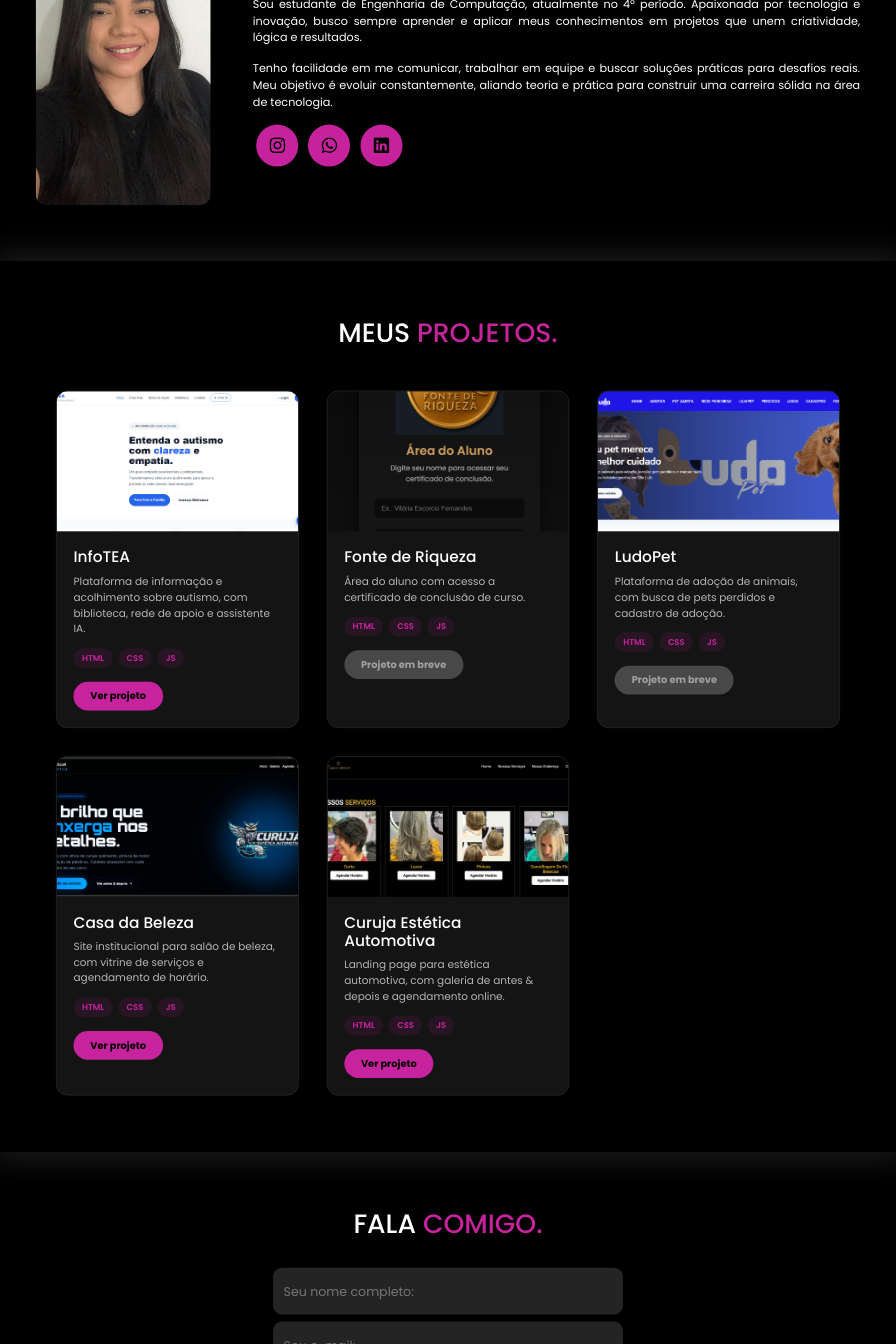
Repository: Vitoria1705/meu-portifolio
Page: index.html
An editor plug-in stored every save of this project. The page is shown before and after the next save, followed by the edit.
The browser window is 1280 px wide. The pictures show the part of the page from y = 1500 to 3420 px (the page is 4131 px tall), at 70% of full size.
Some web fonts or font styles are not loaded; a fallback is used.

Above is the page before, as saved 2026-06-22 19:54:49.

After the next save:
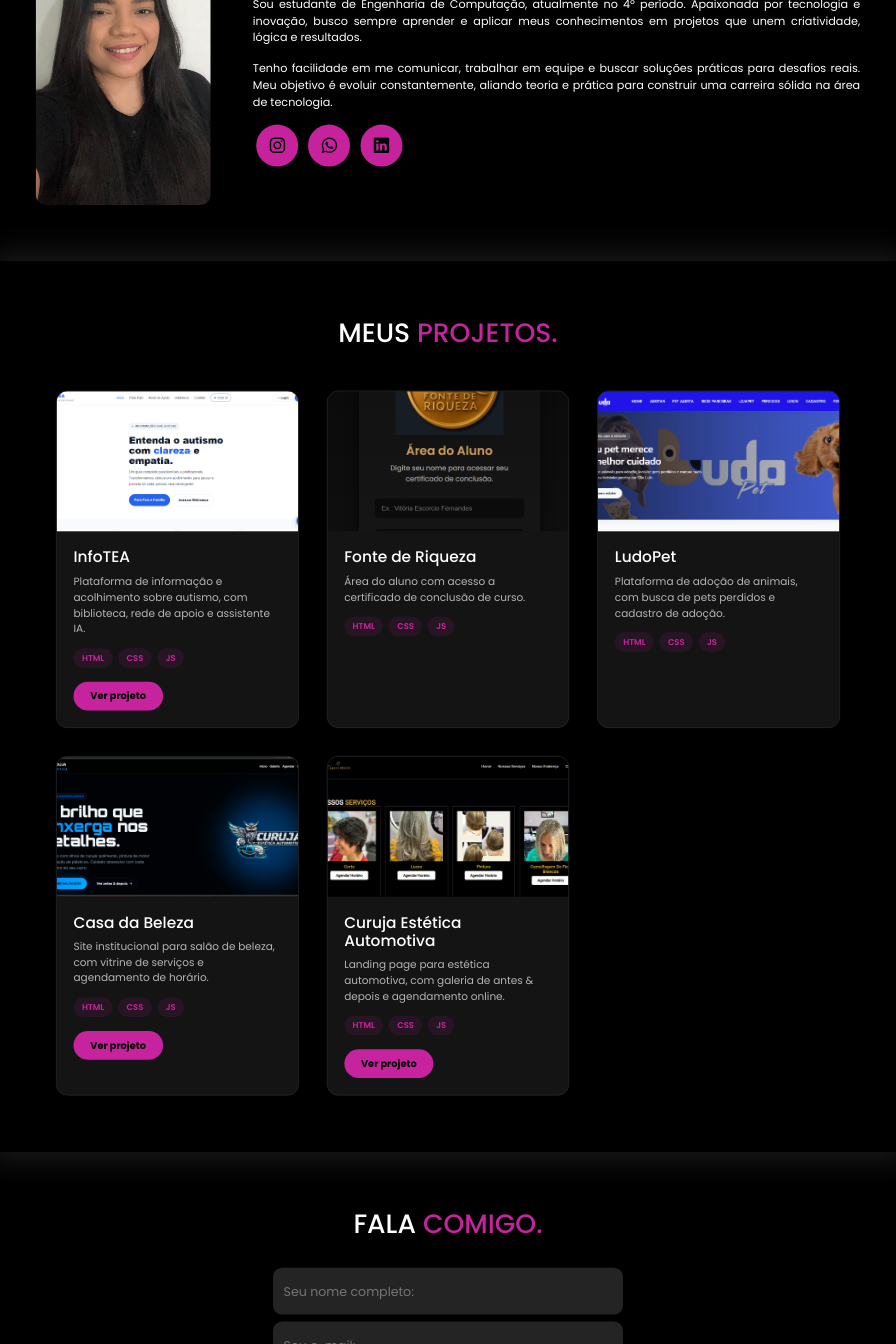
Saved 4 min 32 s later.
--- a/index.html
+++ b/index.html
@@ -192,7 +192,6 @@
               <div class="projeto-tags">
                 <span>HTML</span><span>CSS</span><span>JS</span>
               </div>
-              <span class="btn-ver-projeto disabled">Projeto em breve</span>
             </div>
           </div>
 
@@ -204,7 +203,6 @@
               <div class="projeto-tags">
                 <span>HTML</span><span>CSS</span><span>JS</span>
               </div>
-              <span class="btn-ver-projeto disabled">Projeto em breve</span>
             </div>
           </div>
 
